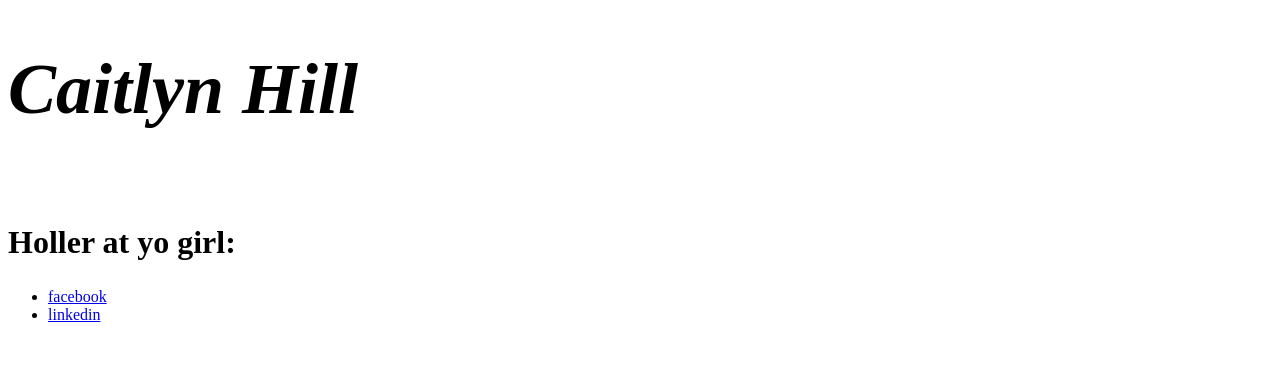
Repository: hillgang/hillgang.github.io
Page: index.html
The author's editor kept a copy of each file at every save. The page is drawn from the files as they stood at one save, then again after the next save.
The browser window is 1280 px wide. The pictures show the whole page.
Some web fonts or font styles are not loaded; a fallback is used.

Above is the page before, as saved 2019-07-31 23:23:51.

### index.html
<!DOCTYPE html>
<html lang="en">
<head>
    <meta charset="UTF-8">
    <meta name="viewport" content="width=device-width, initial-scale=1.0">
    <meta http-equiv="X-UA-Compatible" content="ie=edge">
    <title>Caitlyn Hill Website</title>
    <link href="https://fonts.googleapis.com/css?family=Alice|Playfair+Display:400,400i,700,700i&display=swap" rel="stylesheet">
    <style>
        h1,{
            font-family: 'Playfair Display', serif;
            font-weight: 700;

        }
        h1 {
            font-size: 72px;
            font-style: italic;
        }
        h2  {
            font-family: 'Alice', serif;
            font-size: 32px;
        }
        p, a, li {
            font-family: 'Alice', serif;
        }
    </style>
</head>
<body>
    <h1>Caitlyn Hill</h1>
    <br />
    <h2>Holler at yo girl:</h2>

    <ul>
        <li><a href="https://www.facebook.com/caitlyn.hill.39">facebook</a></li>
        <li><a href="https://www.linkedin.com/in/caitlyn-hill-b12409190/">linkedin</a></li>
    </ul>
</body>
</html>

After the next save:
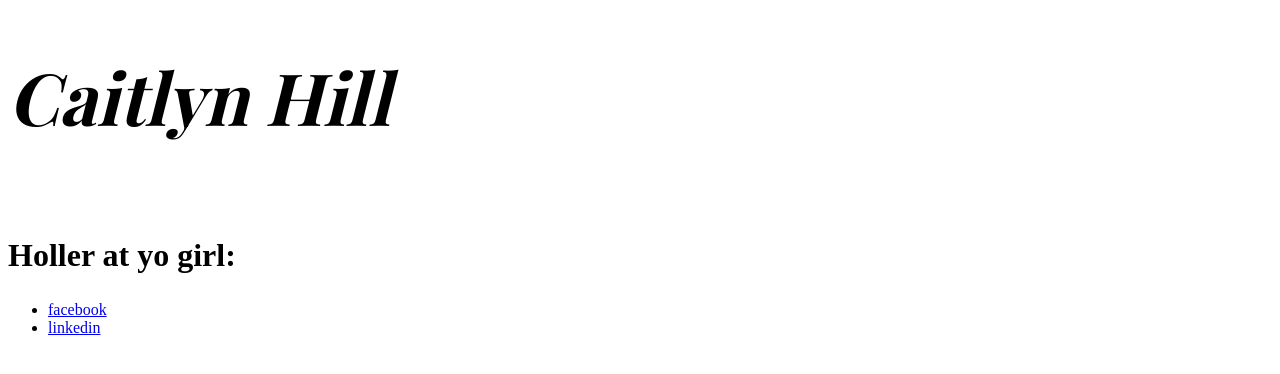
Saved 7 s later.
--- a/index.html
+++ b/index.html
@@ -7,7 +7,7 @@
     <title>Caitlyn Hill Website</title>
     <link href="https://fonts.googleapis.com/css?family=Alice|Playfair+Display:400,400i,700,700i&display=swap" rel="stylesheet">
     <style>
-        h1,{
+        h1{
             font-family: 'Playfair Display', serif;
             font-weight: 700;
 
